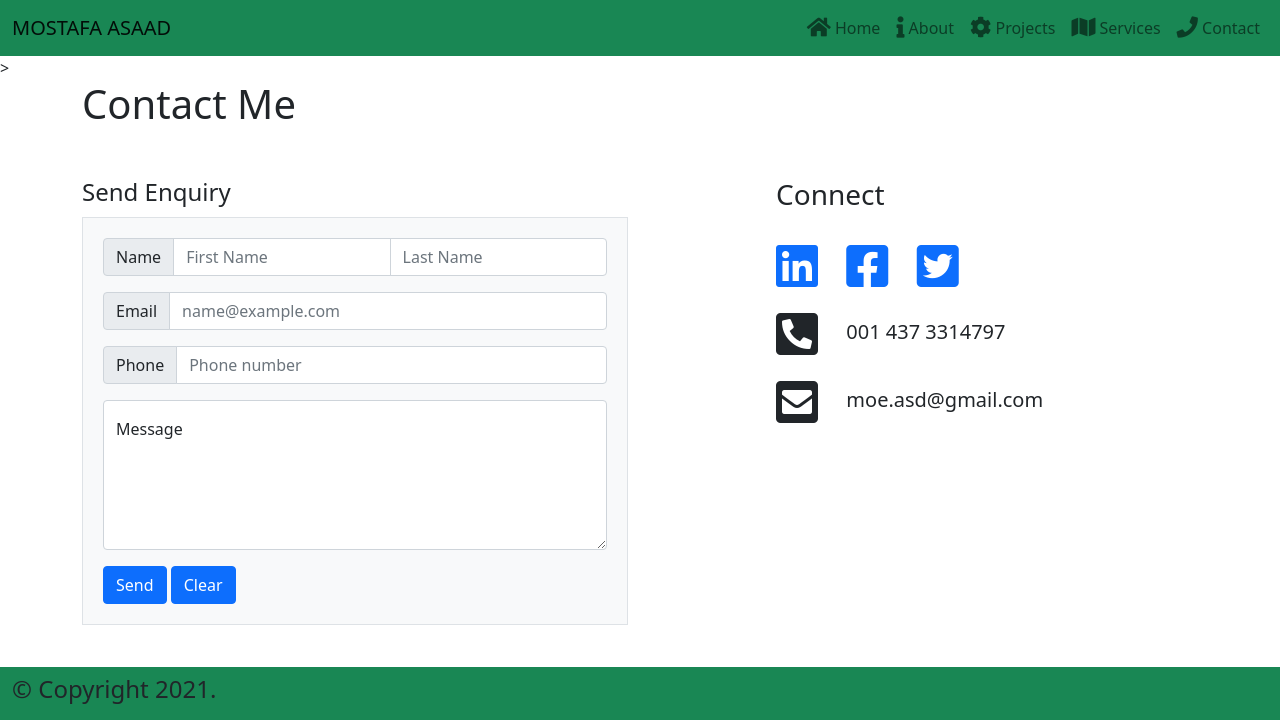
Repository: Mostafa-Asaad/Portfolio
Page: http://localhost/contact
These files come from the project's save history. The page is drawn as it stood at one moment and after the next save; the edit follows.
The browser window is 1280 px wide. The pictures show the whole page.
The page is served by the project's Node server (index.js).

Above is the page before, as saved 2021-06-04 17:20:02.

After the next save:
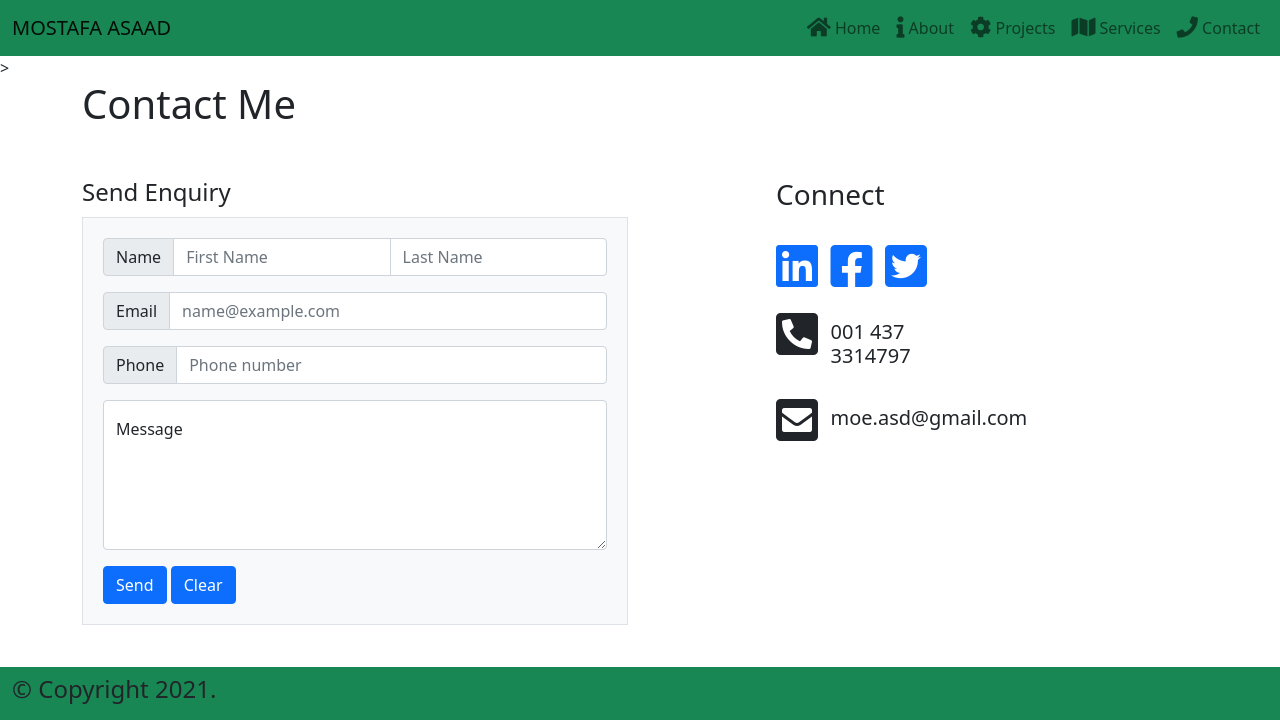
Saved 4 s later.
--- a/Server/Views/content/contact.ejs
+++ b/Server/Views/content/contact.ejs
@@ -78,6 +78,6 @@
         </div>
       </div>
     </div>
-    <div class="col1">
+    <div class="col-1">
   </div>
  </div>
